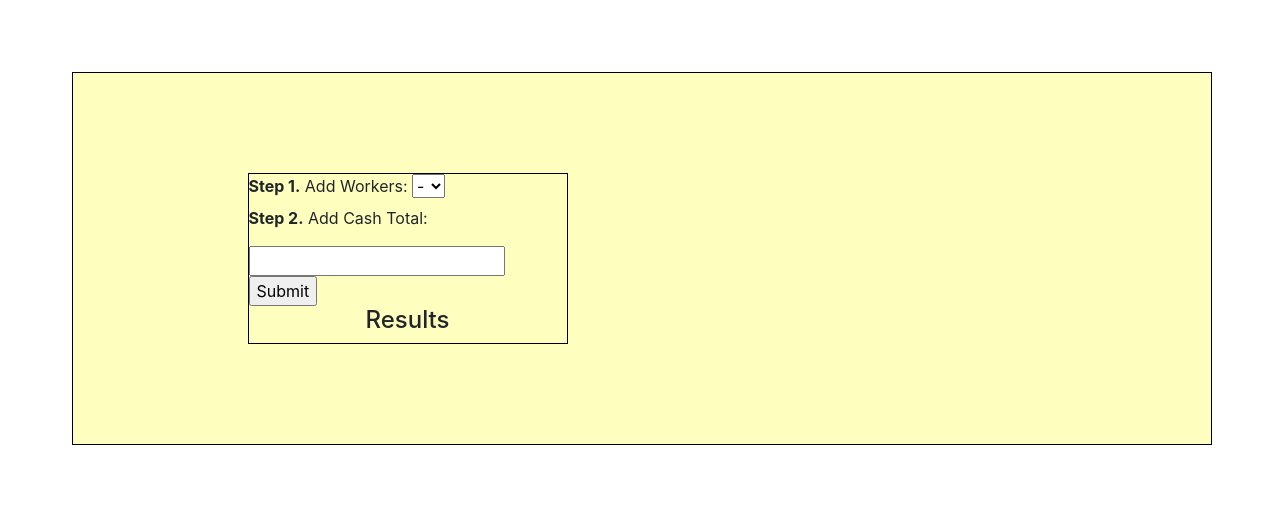
Repository: PBillingsby/on-the-fly
Page: on-the-fly-frontend/index.html
An editor plug-in stored every save of this project. The page is shown before and after a run of saves, followed by the edit.
The browser window is 1280 px wide. The pictures show the whole page.

Above is the page before, as saved 2020-07-13 16:21:57.

### on-the-fly-frontend/index.html
<!DOCTYPE html>
<html lang="en">
<head>
  <meta charset="UTF-8">
  <meta name="viewport" content="width=device-width, initial-scale=1.0">
  <meta http-equiv="X-UA-Compatible" content="ie=edge">
  <link rel="stylesheet" href="https://stackpath.bootstrapcdn.com/bootstrap/4.3.1/css/bootstrap.min.css" integrity="sha384-ggOyR0iXCbMQv3Xipma34MD+dH/1fQ784/j6cY/iJTQUOhcWr7x9JvoRxT2MZw1T" crossorigin="anonymous">
  <link rel="stylesheet" href="css/style.css">
  <script src="scripts/tipScript.js"></script>
  <title>Document</title>
</head>
<body>
  <div class="container">

      <div class="tip-calculator mx-auto">
          <div id="worker-form" class="mx-auto">
            <label><strong>Step 1.</strong> Add Workers:</label>
            <select name="worker" id="addworker" onchange="addWorker(value)">
              <option value="-" disable>-</option>
              <option value="1">1</option>
              <option value="2">2</option>
              <option value="3">3</option>
              <option value="4">4</option>
              <option value="5">5</option>

            </select>

            <form id="form-block">
            </form>
            <p><strong>Step 2.</strong> Add Cash Total:</p><input type="number" placeholder="" id="cashTips"></span>
            <input type="submit" placeholder="Add Cash" onclick="calculateTips()">

          </div>
          <div id="results" class="mx-auto">
            <h4 class="text-center">Results</h4>
          </div>
        </div>
  </div>

</body>
</html>

### on-the-fly-frontend/css/style.css
.container {
  background-color: rgb(254, 255, 190);
  margin: 10vh;
  display: grid;
  grid-template-columns: 1fr 1fr;
  border: 1px solid black;
  padding: 100px;
}

.tip-calculator {
  width: 25vw;
  border: 1px solid black
}
@media(max-width: 640px) {
  .container {
    width: 75%;
    display: block;
    text-align: center;
    padding: 25px;
  }
  #worker-form {
    padding: 10px;
  }
}

### on-the-fly-frontend/scripts/tipScript.js
function addWorker(value) {
  const form = document.getElementById('form-block');
  form.addEventListener("submit", () => {
    event.preventDefault();
  })
  for (i = 0; i < value; i++) {
    const newForm = `
  <div id="worker[${i + 1}]" class="worker-div">
    <h4>Worker ${i + 1}</h4>
    <div class="form-group">
      <input type="text" name="worker" class="" placeholder="Worker Name">
    </div>
    <div class="form-group">
      <input type="number" name="hours" placeholder="Hours Worked">
    </div>
  </div>`;
    document.getElementById('form-block').innerHTML += newForm;
  }
  if (document.getElementById('form-block').childNodeCount > 0) {
      event.preventDefault();
      }
}

function calculateTips() {
  let workers = [];
  let cashTip = parseInt(document.getElementById('cashTips').value)
  for (let i = 0; i < document.getElementsByClassName('worker-div').length; i++) {
    let workerInfo = {
      name: document.getElementById(`worker[${i + 1}]`).querySelector('input').value,
      hours: parseInt(document.getElementById(`worker[${i + 1}]`).querySelectorAll('input')[1].value) // Multiply by hourly
    }
    workers.push(workerInfo)
  }
  returnTips(workers, cashTip);
}

function returnTips(arr, cashTips) {
  let count = 0;
  arr.forEach(obj => count += obj.hours)
  const hourly = cashTips / count;
  arr.forEach(worker => {
    document.getElementById('results').innerHTML = `<h4>${worker.name} you made $${parseFloat(worker.hours * hourly).toFixed(2)}</h4>`;
  })
  document.getElementById('results').innerHTML += ` <button type="submit" onclick="refreshPage()">Reload</button>`
}

After the next 3 saves:
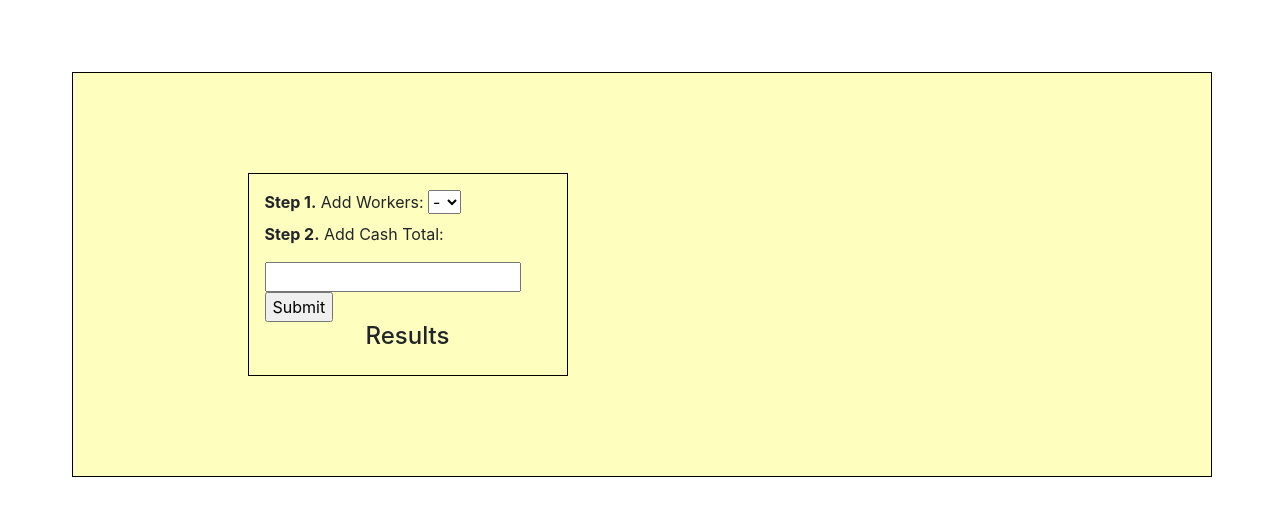
The 3 saves are shown as one change because they came seconds apart.
The last was saved 17 s later.
--- a/on-the-fly-frontend/css/style.css
+++ b/on-the-fly-frontend/css/style.css
@@ -8,8 +8,9 @@
 }
 
 .tip-calculator {
+  padding: 1rem;
   width: 25vw;
-  border: 1px solid black
+  border: 1px solid black;
 }
 @media(max-width: 640px) {
   .container {
